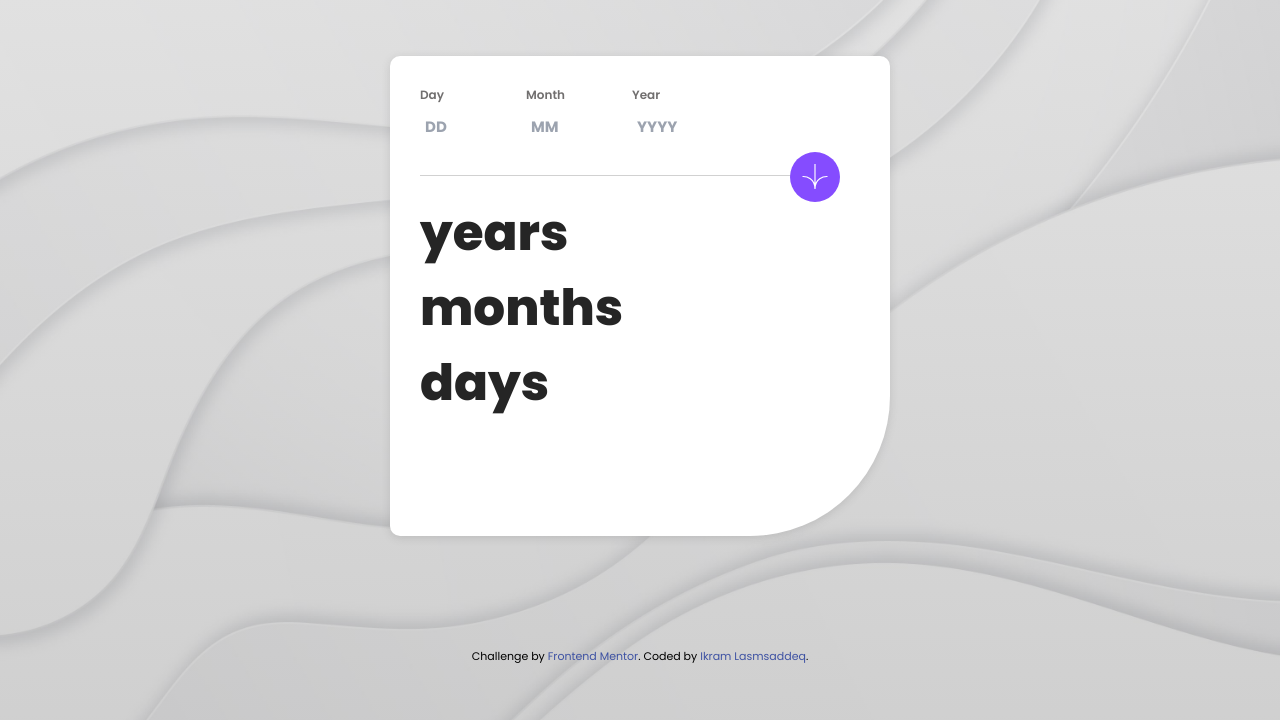
Repository: ikram-lisa/age-display
Page: /
These files come from the project's save history. The page is drawn as it stood at one moment and after the next save; the edit follows.
The browser window is 1280 px wide. The pictures show the whole page.
Some web libraries are served in a nearby version. The project was rebuilt for these pictures with package versions that can differ from the ones it lists, and the page was loaded fresh each time.

Above is the page before, as saved 2024-05-01 16:13:05.

### index.html
<!DOCTYPE html>
<html lang="en">
  <head>
    <meta charset="UTF-8" />
    <meta name="viewport" content="width=device-width, initial-scale=1.0" />
    <!-- displays site properly based on user's device -->
    <link href="https://cdn.tailwindcss.com" rel="stylesheet" />
    <!-- <link rel="stylesheet" href="./css/style.scss" /> -->
    <link
      rel="icon"
      type="image/png"
      sizes="32x32"
      href="./assets/images/favicon-32x32.png"
    />

    <title>Frontend Mentor | Age calculator app</title>
    <style>
      .attribution {
        font-size: 11px;
        text-align: center;
      }
      .attribution a {
        color: hsl(228, 45%, 44%);
      }
    </style>
  </head>
  <script type="module" src="script/script.js"></script>
  <body>
    <section class="calculator">
      <form id="form" action="">
        <div class="formInput active error">
          <label for="day">Day</label>
          <input
            type="text"
            class="day"
            id="day"
            type="number"
            name="day"
            placeholder="DD"
            required
          />
        </div>

        <div class="formInput active error">
          <label for="month">Month</label>
          <input
            type="text"
            class="month"
            id="month"
            type="number"
            name="month"
            placeholder="MM"
            required
          />
        </div>

        <div class="formInput active error">
          <label for="year">Year</label>
          <input
            type="text"
            class="year"
            id="year"
            type="number"
            name="year"
            placeholder="YYYY"
            required
          />
        </div>
        <button class="submit" type="submit">
          <img src="./assets/images/icon-arrow.svg" alt="submit" />
        </button>
      </form>
      <hr class="separator" />
      <div class="result">
        <p class="years"><span></span>years</p>
        <p class="month"><span></span>months</p>
        <p class="days"><span></span>days</p>
      </div>
    </section>
    <footer>
      <div class="attribution">
        Challenge by
        <a href="https://www.frontendmentor.io?ref=challenge" target="_blank"
          >Frontend Mentor</a
        >. Coded by <a href="#">Ikram Lasmsaddeq</a>.
      </div>
    </footer>
  </body>
</html>

### script/script.js
import "../css/style.scss";

const form = document.querySelector("#form");

console.log("Form:", form);

form.addEventListener("submit", onFormSubmit);

function onFormSubmit(e) {
  e.preventDefault();
  const data = new FormData(e.target);
  const year = data.get("year");
  const month = data.get("month");
  const day = data.get("day");

  const yearsSpan = document.querySelector(".years span");
  const monthsSpan = document.querySelector(".month span");
  const daysSpan = document.querySelector(".days span");

  yearsSpan.textContent = year.trim() === "" ? "--" : year;
  monthsSpan.textContent = month.trim() === "" ? "--" : month;
  daysSpan.textContent = day.trim() === "" ? "--" : day;
}

### css/style.scss
@use "./base/variable" as *;
@use "./base/font.scss" as *;

@tailwind base;
@tailwind components;
@tailwind utilities;

* {
  margin: 0;
  padding: 0;
  box-sizing: border-box;
}
body {
  height: 100vh;
  background: linear-gradient(
      rgba(196, 196, 196, 0.5),
      rgba(161, 161, 161, 0.5)
    ),
    url("../images/background.jpg");
  background-size: cover;
  background-position: center;
  background-repeat: no-repeat;
  font-size: 32px;
  font-family: "Poppins", sans-serif;
  display: grid;
  place-items: center;
}
.calculator {
  width: 40%;
  min-width: 480px;
  max-width: 500px;
  height: 480px;
  background-color: white;
  border-radius: 10px 10px 140px 10px;
  box-shadow: rgba(99, 99, 99, 0.2) 0px 2px 8px 0px;
  position: relative;
  display: flex;
  flex-direction: column;
  padding: 30px;
  #form {
    display: flex;
    flex-wrap: wrap;
    margin-bottom: 30px;
    gap: 16px;
    .formInput {
      display: flex;
      flex-direction: column;

      label {
        font-size: 12px;
        font-weight: 600;
        margin-bottom: 5px;
        color: $smokeyGrey;
      }
      input[type="text"] {
        border: 1 solid rgb(217, 217, 217);
        padding: 7px 5px;
        outline: none;
        font-weight: bold;
        font-size: 15px;
        width: 90px;
      }
    }
    .submit {
      width: 50px;
      height: 50px;
      border-radius: 50%;
      display: flex;
      justify-content: center;
      align-items: center;
      background-color: $purple;
      color: white;
      border: none;
      padding: 10px;
      position: absolute;
      top: 20%;
      right: 10%;
      cursor: pointer;
      transition: all 0.3s;

      &:hover {
        background-color: darken($purple, 10%);
      }
      img {
        width: 25px;
        height: 25px;
        display: block;
        min-width: 30px;
      }
    }
  }

  .separator {
    width: 90%;
    height: 1px;
    background-color: rgb(209, 209, 209);
    border: none;
  }
  .result {
    margin-top: 20px;
    .years,
    .month,
    .days {
      font-size: 50px;
      color: #252525;
      font-weight: 800;
      span {
        color: $purple;
      }
    }
  }
}

@media (max-width: 530px) {
  body {
    font-size: 24px; // Smaller font size for smaller devices
  }
  .calculator {
    padding: 15px; // Less padding for tighter spaces
  }
  .submit {
    top: 20%; // Adjusting position to fit smaller screens
    right: 5%; // More margin space
  }
}
@media (max-width: 375px) {
}

@media (max-width: 768px) {
  .calculator {
    width: 80%; // Increasing width on smaller screens
    min-width: 300px; // Adjusted min-width
  }
}
@media (max-width: 1440px) {
}

### css/base/_variable.scss
// Primary

$purple: hsl(259, 100%, 65%);
$lightRed: hsl(0, 100%, 67%);

// Neutral

$white: hsl(0, 0%, 100%);
$offWhite: hsl(0, 0%, 94%);
$lightGrey: hsl(0, 0%, 86%);
$smokeyGrey: hsl(0, 1%, 44%);
$offBlack: hsl(0, 0%, 8%);

### css/base/_font.scss
@import url("https://fonts.googleapis.com/css2?family=Montserrat:ital,wght@0,100..900;1,100..900&family=Open+Sans:ital,wght@0,400;0,600;0,700;0,800;1,400;1,700;1,800&family=Poppins:ital,wght@0,200;0,300;0,400;0,500;0,600;0,700;0,800;0,900;1,100;1,200;1,300;1,400;1,500;1,600;1,700;1,800;1,900&display=swap");

Loaded but not shown: tailwind.config.js (1075 lines, source omitted)

After the next save:
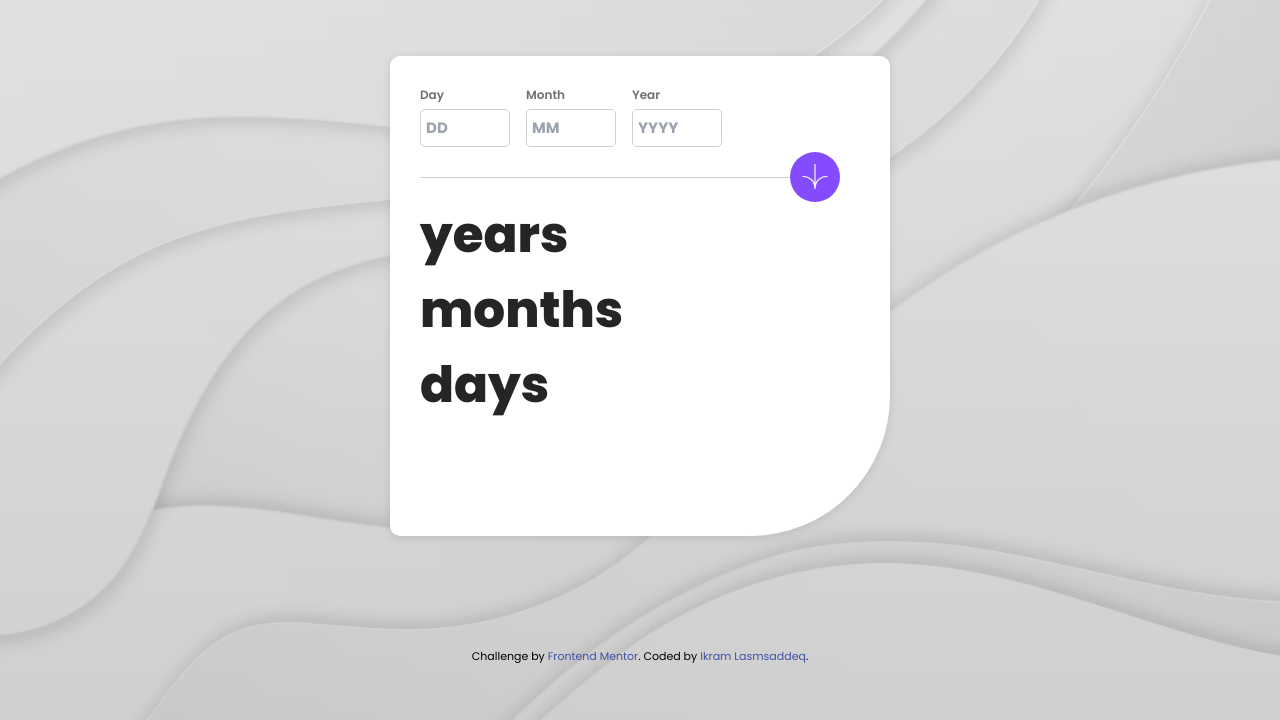
Saved 72 s later.
--- a/css/style.scss
+++ b/css/style.scss
@@ -53,7 +53,9 @@ body {
         color: $smokeyGrey;
       }
       input[type="text"] {
-        border: 1 solid rgb(217, 217, 217);
+        border: 1px solid rgb(209, 209, 209);
+        border-radius: 5px;
+
         padding: 7px 5px;
         outline: none;
         font-weight: bold;
